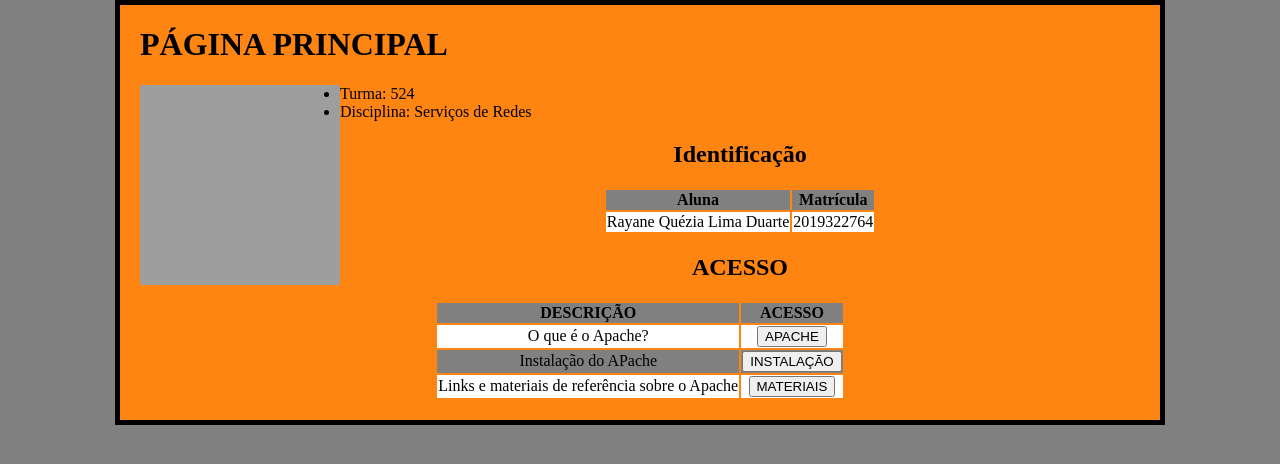
Repository: rayquezia03/atv_redes
Page: index.html
An editor plug-in stored every save of this project. The page is shown before and after the next save, followed by the edit.
The browser window is 1280 px wide. The pictures show the whole page.
Pictures or frames that could not be fetched are drawn as grey boxes.

Above is the page before, as saved 2022-12-17 22:24:34.

After the next save:
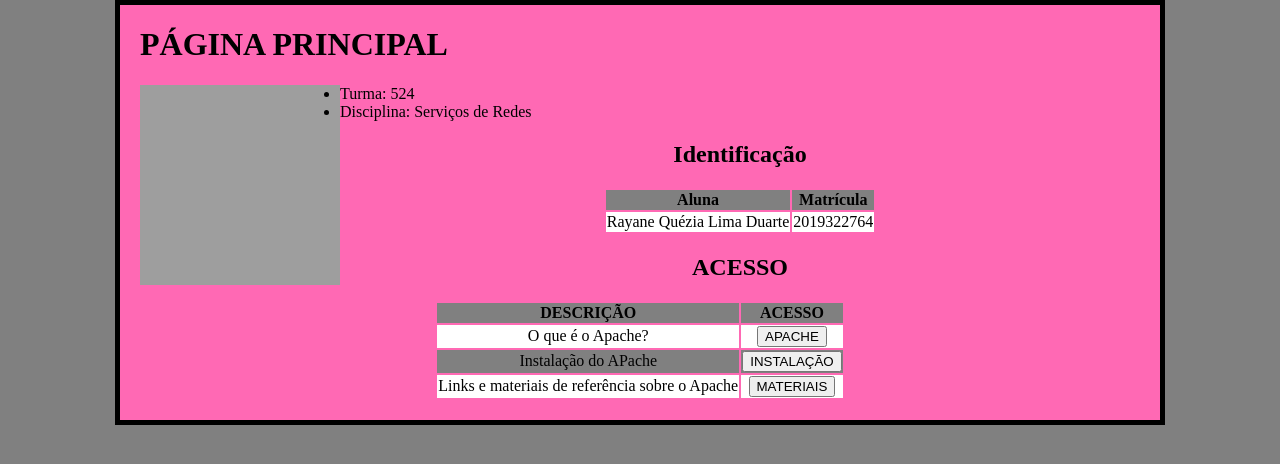
Saved 118 s later.
--- a/css/index.css
+++ b/css/index.css
@@ -17,7 +17,7 @@ html {
 body {
 width: 1000px;
 margin: auto;
-background-color: #ff8512;
+background-color: #FF69B4;
 padding: 0 20px 20px 20px;
 border: 5px solid black;
 }
